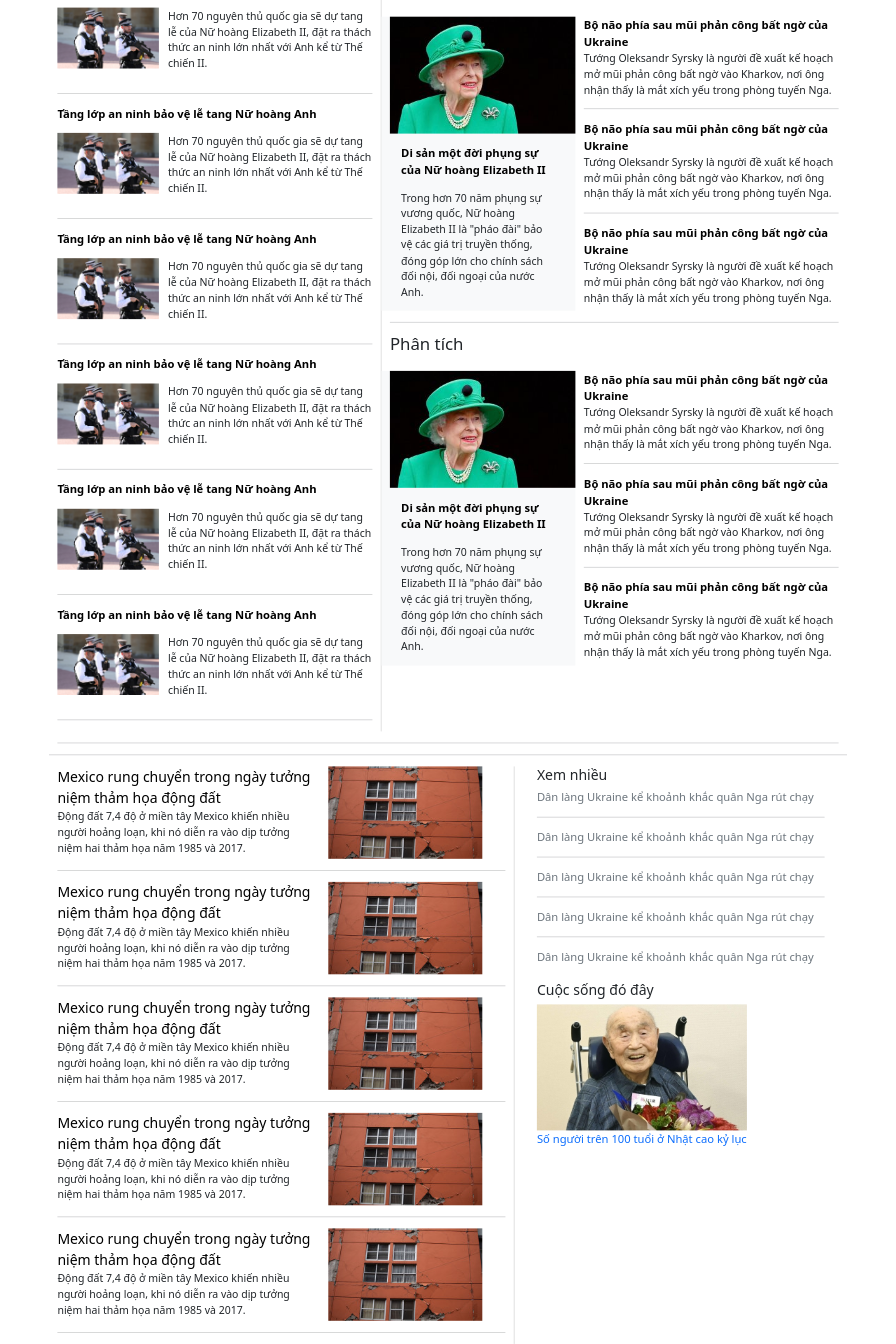
Repository: trongtamdev/lession1_html_sleepcloud
Page: vnExpress.html
The author's editor kept a copy of each file at every save. The page is drawn from the files as they stood at one save, then again after a run of saves.
The browser window is 1280 px wide. The pictures show the part of the page from y = 707 to 2627 px (the page is 2627 px tall), at 70% of full size.

Above is the page before, as saved 2022-09-20 15:37:13.

After the next 2 saves:
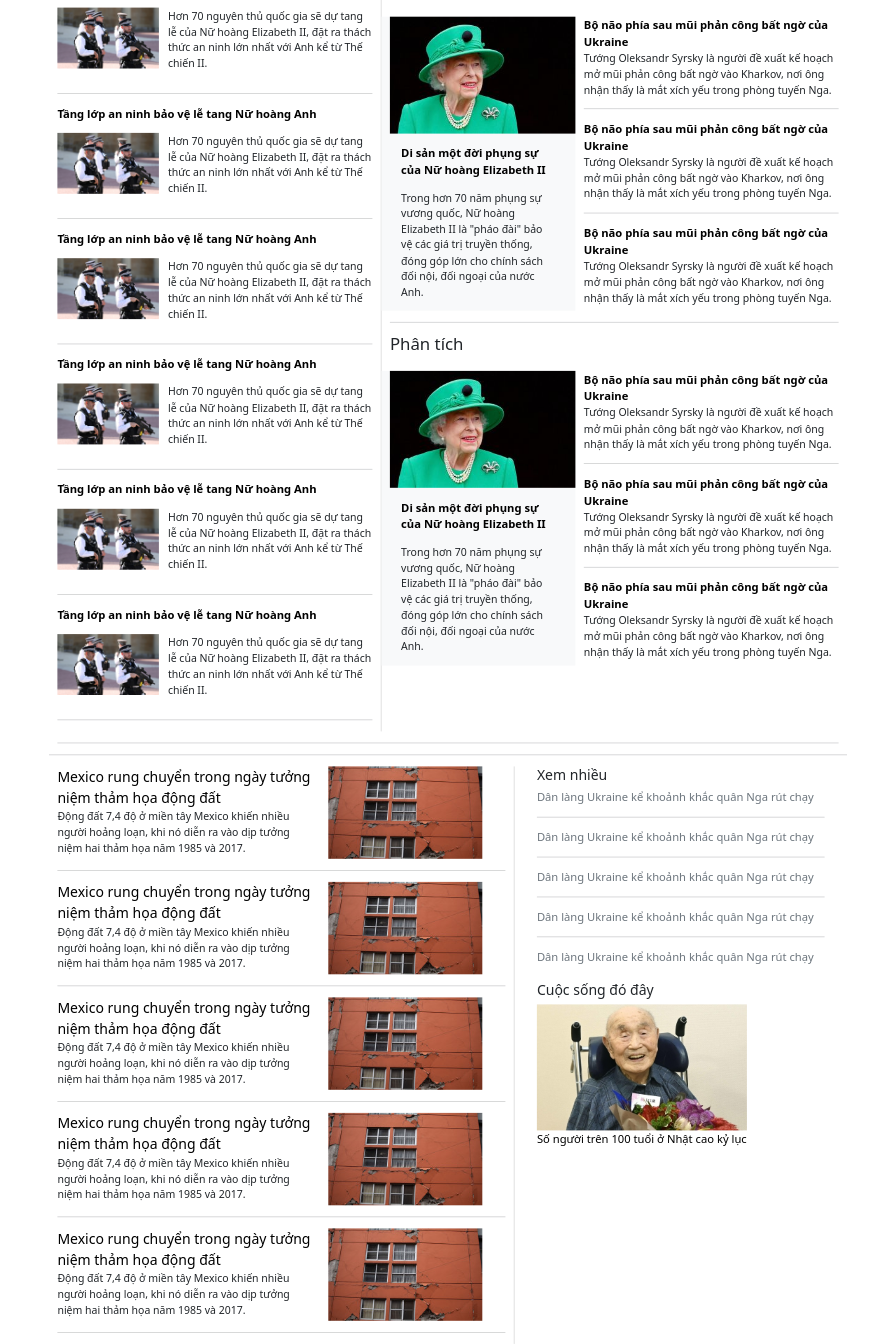
The 2 saves are shown as one change because they came seconds apart.
The last was saved 20 s later.
--- a/vnExpress.html
+++ b/vnExpress.html
@@ -498,7 +498,7 @@
               <div class="">
                 <img src="./assets/vnEpressImage/side-content-medium.jpg" />
               </div>
-              <a class="">Số người trên 100 tuổi ở Nhật cao kỷ lục</a>
+              <a class="title-post">Số người trên 100 tuổi ở Nhật cao kỷ lục</a>
             </div>
           </div>
         </div>
